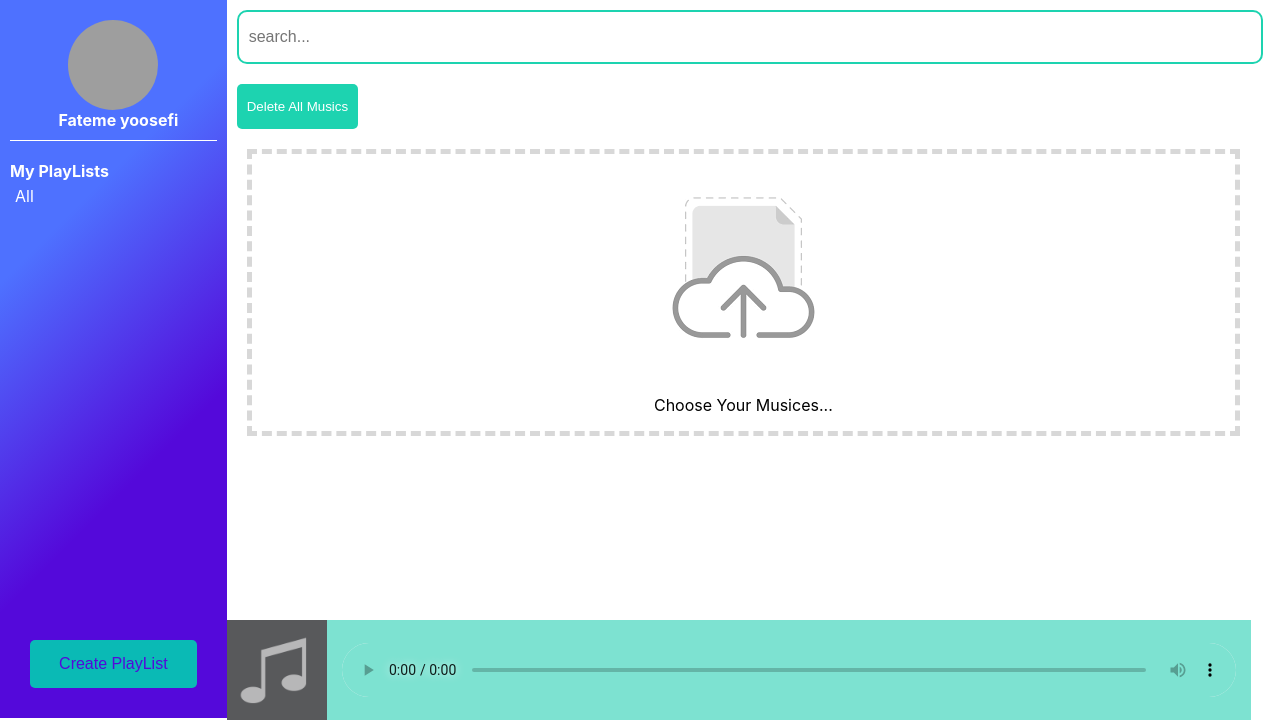
Repository: fateme81yosefi/musicPlayer
Page: /
The author's editor kept a copy of each file at every save. The page is drawn from the files as they stood at one save, then again after the next save.
The browser window is 1280 px wide. The pictures show the whole page.
Pictures or frames that could not be fetched are drawn as grey boxes. The project was rebuilt for these pictures with package versions that can differ from the ones it lists, and the page was loaded fresh each time.

Above is the page before, as saved 2025-06-28 13:52:50.

After the next save:
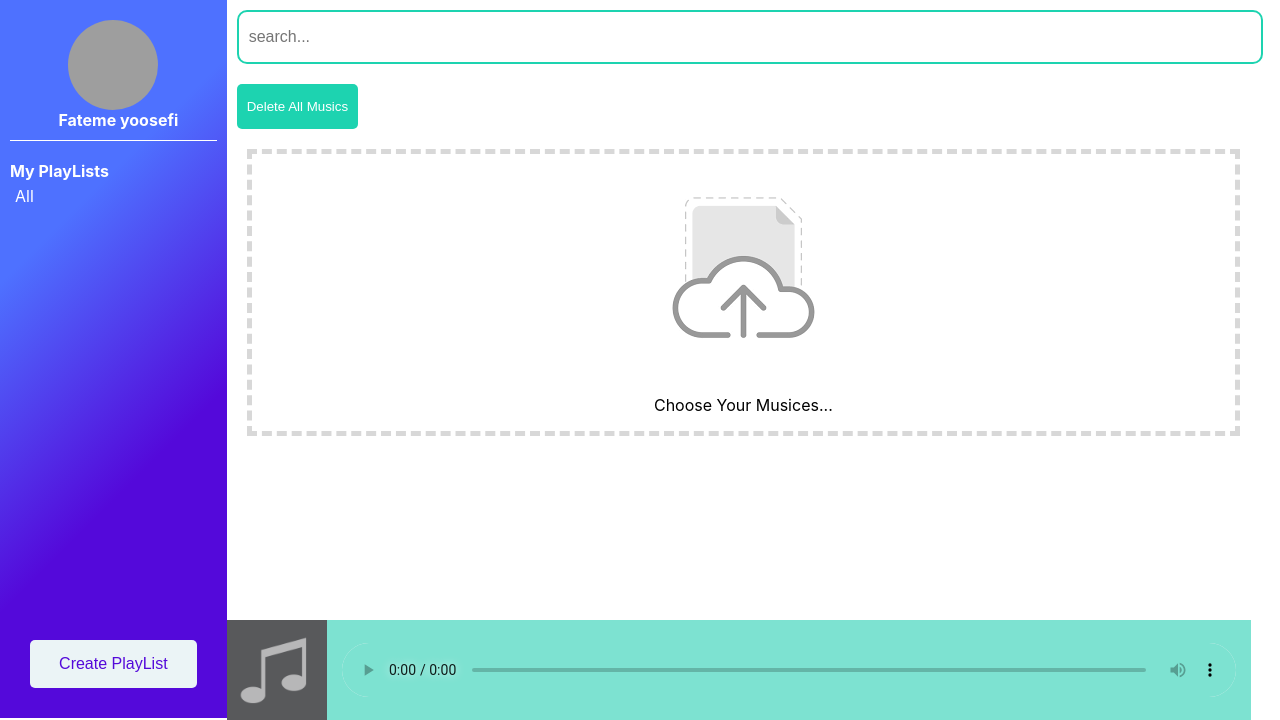
Saved 29 s later.
--- a/src/Components/MainPage/MainPage.css
+++ b/src/Components/MainPage/MainPage.css
@@ -132,7 +132,7 @@ audio::-webkit-media-controls-panel {
   padding: 15px 4px;
   border-radius: 5px;
   margin: 20px;
-  background-color: #0ABAB5;
+  background-color: #EBF4F6;
   border: none;
   color: #5409DA;
   font-size: medium;
